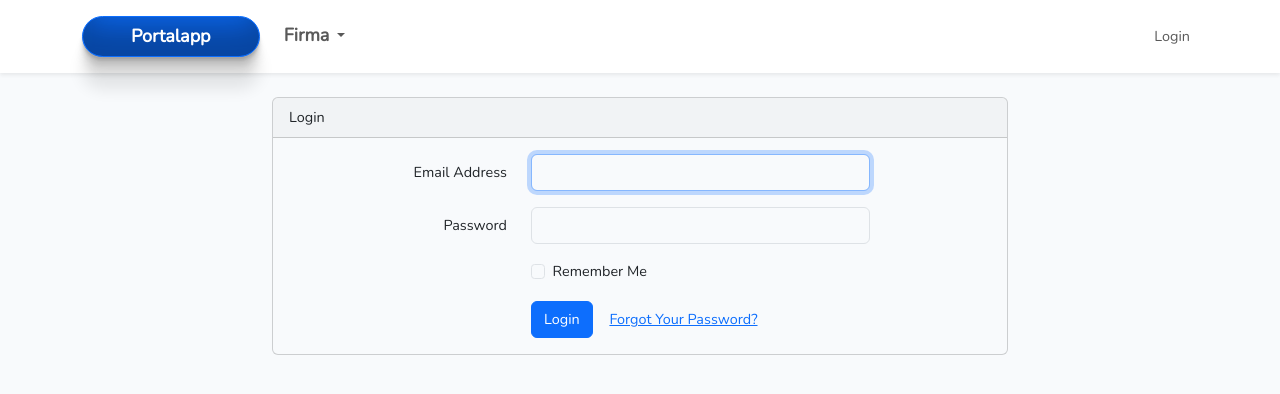
Repository: oguzhansade/portalapp
Page: http://localhost/login
The author's editor kept a copy of each file at every save. The page is drawn from the files as they stood at one save, then again after the next save.
The browser window is 1280 px wide. The pictures show the whole page.
The page is served by the project's Laravel application, run on PHP 8.4 with Laravel 9. Other server files are loaded and not shown. Style sheets and scripts are compiled from the project's sources, by tool versions that may differ from the author's.

Above is the page before, as saved 2023-06-29 11:44:03.

### routes/web.php
<?php

use Illuminate\Support\Facades\Route;
use Illuminate\Support\Facades\Auth;

/*
|--------------------------------------------------------------------------
| Web Routes
|--------------------------------------------------------------------------
|
| Here is where you can register web routes for your application. These
| routes are loaded by the RouteServiceProvider within a group which
| contains the "web" middleware group. Now create something great!
|
*/
Route::get('/', function () {
    return view('welcome');
});
Route::get('/schnellanform', [App\Http\Controllers\front\formcraft\FormCraftController::class, 'handleSchnellanfrageForm'])->name('handleSchnellanfrageForm');
Route::get('/privatumzugform', [App\Http\Controllers\front\formcraft\FormCraftController::class, 'handlePrivatumzugForm'])->name('handlePrivatumzugForm');
Route::get('/kontaktform', [App\Http\Controllers\front\formcraft\FormCraftController::class, 'handleKontaktForm'])->name('handleKontaktForm');
Route::get('/reinigungform', [App\Http\Controllers\front\formcraft\FormCraftController::class, 'handleReinigungForm'])->name('handleReinigungForm');
Route::get('/firmenform', [App\Http\Controllers\front\formcraft\FormCraftController::class, 'handleFirmenForm'])->name('handleFirmenForm');
Route::get('/mailTester', [App\Http\Controllers\front\formcraft\FormCraftController::class, 'mailTester'])->name('mailTester');

Auth::routes(['register' => false]);

Route::group(['namespace' => 'front', 'middleware' => ['auth']], function () {
    Route::group(['namespace' => 'home', 'as' => 'home.'], function () {
        Route::get('/', [App\Http\Controllers\front\home\indexController::class, 'index'])->name('index');
    });
    Route::group(['namespace' => 'firma', 'as' => 'firma.','prefix' => 'firma'], function () {
        Route::get('/', [App\Http\Controllers\front\firma\indexController::class, 'index'])->name('index');
        Route::get('/create', [App\Http\Controllers\front\firma\indexController::class, 'create'])->name('create');
        Route::post('/create', [App\Http\Controllers\front\firma\indexController::class, 'store'])->name('store');
        Route::get('/detail/{id}', [App\Http\Controllers\front\firma\indexController::class, 'detail'])->name('detail');
        Route::get('/edit/{id}', [App\Http\Controllers\front\firma\indexController::class, 'edit'])->name('edit');
        Route::post('/edit/{id}', [App\Http\Controllers\front\firma\indexController::class, 'update'])->name('update');
        Route::get('/delete/{id}', [App\Http\Controllers\front\firma\indexController::class, 'delete'])->name('delete');
        Route::post('/data', [App\Http\Controllers\front\firma\indexController::class, 'data'])->name('data');
        Route::post('/recordData/{id}', [App\Http\Controllers\front\firma\indexController::class, 'recordData'])->name('recordData');
    });

    Route::group(['namespace' => 'offerList', 'as' => 'offerList.','prefix' => 'offerList'], function () {
        Route::get('/', [App\Http\Controllers\front\offerList\indexController::class, 'index'])->name('index');
        Route::post('/data', [App\Http\Controllers\front\offerList\indexController::class, 'data'])->name('data');
        Route::post('/statusChanger/{id}/{type}', [App\Http\Controllers\front\offerList\indexController::class, 'statusChanger'])->name('statusChanger');
        Route::get('/statusChanger/{id}/{type}', [App\Http\Controllers\front\offerList\indexController::class, 'statusChanger'])->name('statusChanger');
        Route::get('/detail/{id}/{type}', [App\Http\Controllers\front\offerList\indexController::class, 'detail'])->name('detail');

    });
});



Route::get('/home', [App\Http\Controllers\HomeController::class, 'index'])->name('home');

### resources/views/layouts/app.blade.php
<!doctype html>
<html lang="{{ str_replace('_', '-', app()->getLocale()) }}">
<head>
    <meta charset="utf-8">
    <meta name="viewport" content="width=device-width, initial-scale=1">

    <!-- CSRF Token -->
    <meta name="csrf-token" content="{{ csrf_token() }}">

    <title>{{ config('app.name', 'Laravel') }}</title>

    <!-- Fonts -->
    <link rel="dns-prefetch" href="//fonts.bunny.net">
    <link href="https://fonts.bunny.net/css?family=Nunito" rel="stylesheet">
    <link href="{{ asset('assets/vendors/material-icons/material-icons.css') }}" rel="stylesheet" type="text/css">
    <link href="{{ asset('assets/vendors/mono-social-icons/monosocialiconsfont.css') }}" rel="stylesheet" type="text/css">
    <link href="{{ asset('assets/vendors/feather-icons/feather.css') }}" rel="stylesheet" type="text/css">
    <style>
        .b-shadow {
            box-shadow: rgba(0, 0, 0, 0.17) 0px -23px 25px 0px inset, rgba(0, 0, 0, 0.15) 0px -36px 30px 0px inset, rgba(0, 0, 0, 0.1) 0px -79px 40px 0px inset, rgba(0, 0, 0, 0.06) 0px 2px 1px, rgba(0, 0, 0, 0.09) 0px 4px 2px, rgba(0, 0, 0, 0.09) 0px 8px 4px, rgba(0, 0, 0, 0.09) 0px 16px 8px, rgba(0, 0, 0, 0.09) 0px 32px 16px;
        }
        .custom-font {
            color: white;
            font-weight: 700;
        }
        .rounded-custom {
            border-radius: 35px;
        }
        a.dropdown-item:hover {
            background-color: #094AA9;
            color:white;
        }
    </style>
    <!-- Scripts -->
    @vite(['resources/sass/app.scss', 'resources/js/app.js'])
    @yield('header')
</head>
<body>
    <div id="app">
        <nav class="navbar navbar-expand-md navbar-light bg-white shadow-sm ">
            <div class="container py-2">
                <a class="btn btn-primary rounded-pill text-white navbar-brand b-shadow px-5" href="{{ url('/') }}">
                    <b>{{ config('app.name', 'Laravel') }}</b>
                </a>
                <button class="navbar-toggler" type="button" data-bs-toggle="collapse" data-bs-target="#navbarSupportedContent" aria-controls="navbarSupportedContent" aria-expanded="false" aria-label="{{ __('Toggle navigation') }}">
                    <span class="navbar-toggler-icon"></span>
                </button>

                <div class="collapse navbar-collapse " id="navbarSupportedContent">
                    <!-- Left Side Of Navbar -->
                    <ul class="navbar-nav me-auto ">
                        <li class="nav-item dropdown ml-5">
                            <a id="navbarDropdown" class="nav-link dropdown-toggle " href="#" role="button" data-bs-toggle="dropdown" aria-haspopup="true" aria-expanded="false" v-pre>
                               <strong class="h5 " style="font-weight: bolder;">Firma</strong>
                            </a>

                            <div class="dropdown-menu" aria-labelledby="navbarDropdown">
                                <a class="dropdown-item h5" href="{{ route('firma.index') }}">
                                    Firma Listesi
                                </a>
                                <a class="dropdown-item h5" href="{{ route('firma.create') }}">
                                    Firma Ekle
                                </a>
                            </div>
                        </li>
                    </ul>

                    <!-- Right Side Of Navbar -->
                    <ul class="navbar-nav ms-auto">
                        <!-- Authentication Links -->
                        @guest
                            @if (Route::has('login'))
                                <li class="nav-item">
                                    <a class="nav-link" href="{{ route('login') }}">{{ __('Login') }}</a>
                                </li>
                            @endif

                            @if (Route::has('register'))
                                <li class="nav-item">
                                    <a class="nav-link" href="{{ route('register') }}">{{ __('Register') }}</a>
                                </li>
                            @endif
                        @else
                            <li class="nav-item dropdown">
                                <a id="navbarDropdown" class="nav-link dropdown-toggle h4 px-4 py-2 bg-primary text-white b-shadow rounded-custom" href="#" role="button" data-bs-toggle="dropdown" aria-haspopup="true" aria-expanded="false" v-pre>
                                    {{ Auth::user()->name }}
                                </a>

                                <div class="dropdown-menu dropdown-menu-end" aria-labelledby="navbarDropdown">
                                    <a class="dropdown-item" href="{{ route('logout') }}"
                                       onclick="event.preventDefault();
                                                     document.getElementById('logout-form').submit();">
                                        {{ __('Logout') }}
                                    </a>

                                    <form id="logout-form" action="{{ route('logout') }}" method="POST" class="d-none">
                                        @csrf
                                    </form>
                                </div>
                            </li>
                        @endguest
                    </ul>
                </div>
            </div>
        </nav>

        <main class="py-4">
            @yield('content')
        </main>
    </div>
    <script src="https://code.jquery.com/jquery-3.6.0.min.js"></script>
    @yield('footer')
</body>
</html>

Loaded but not shown: app/Http/Controllers/Auth/ConfirmPasswordController.php (common file); app/Http/Controllers/Controller.php (common file); app/Http/Controllers/Auth/LoginController.php (common file); resources/views/auth/login.blade.php (common file); public/assets/vendors/material-icons/material-icons.css (common file); public/assets/vendors/mono-social-icons/monosocialiconsfont.css (common file); public/assets/vendors/feather-icons/feather.css (library); resources/sass/app.scss (common file); resources/sass/_variables.scss (common file)

After the next save:
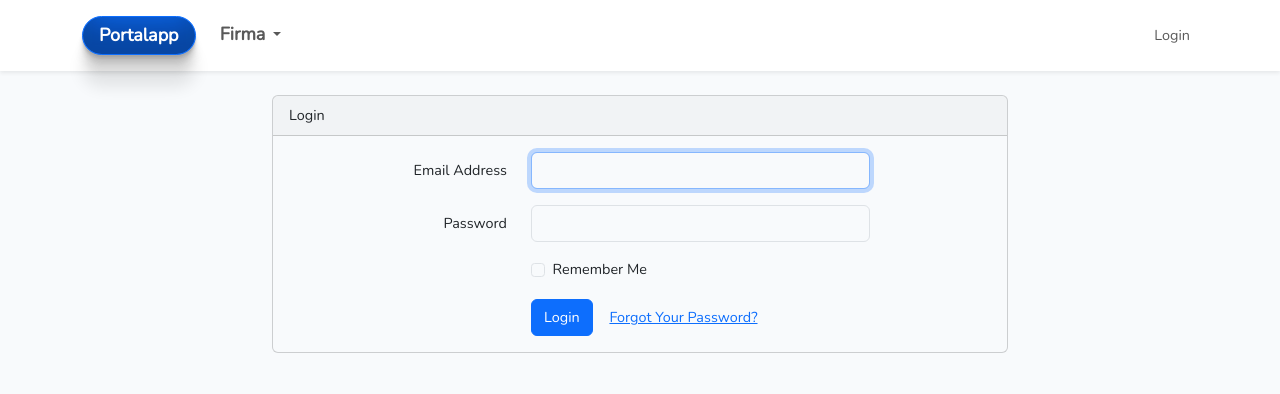
Saved 14 s later.
--- a/resources/views/layouts/app.blade.php
+++ b/resources/views/layouts/app.blade.php
@@ -39,7 +39,7 @@
     <div id="app">
         <nav class="navbar navbar-expand-md navbar-light bg-white shadow-sm ">
             <div class="container py-2">
-                <a class="btn btn-primary rounded-pill text-white navbar-brand b-shadow px-5" href="{{ url('/') }}">
+                <a class="btn btn-primary rounded-pill text-white navbar-brand b-shadow px-3 py-1" href="{{ url('/') }}">
                     <b>{{ config('app.name', 'Laravel') }}</b>
                 </a>
                 <button class="navbar-toggler" type="button" data-bs-toggle="collapse" data-bs-target="#navbarSupportedContent" aria-controls="navbarSupportedContent" aria-expanded="false" aria-label="{{ __('Toggle navigation') }}">
